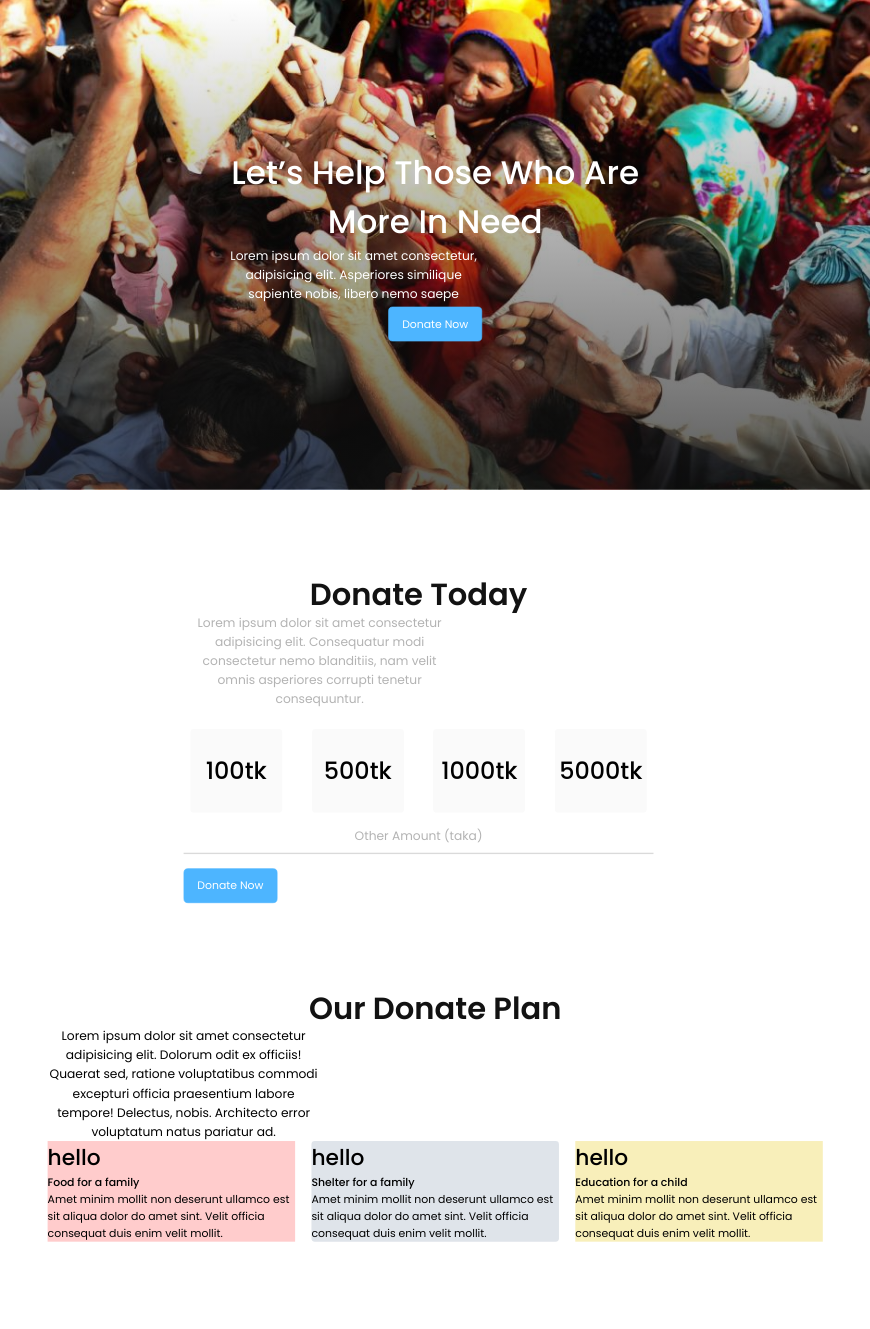
Repository: mdrubel02/donate-website
Page: index.html
The author's editor kept a copy of each file at every save. The page is drawn from the files as they stood at one save, then again after the next save.
The browser window is 1280 px wide. The pictures show the whole page, at 68% of full size.

Above is the page before, as saved 2022-07-06 14:49:16.

### index.html
<!DOCTYPE html>
<html lang="en">

<head>
    <meta charset="UTF-8">
    <meta http-equiv="X-UA-Compatible" content="IE=edge">
    <meta name="viewport" content="width=device-width, initial-scale=1.0">
    <title>Our Donate Website</title>
    <link rel="stylesheet" href="./index.css">
</head>

<body>
    <!-- banner section -->
    <section class="banner-section">
        <div class="banner-content">
            <h1>Let’s Help Those Who Are More In Need</h1>
            <p class="small-title">Lorem ipsum dolor sit amet consectetur, adipisicing elit. Asperiores similique
                sapiente nobis, libero nemo saepe</p>
            <a href="" class="btn btn-primary">Donate Now</a>
        </div>
    </section>

    <!-------- Donate Today------->
    <section class="container">
        <div class="donate-section">
            <h2 class="section-title">Donate Today</h2>

                <p class="small-title">Lorem ipsum dolor sit amet consectetur adipisicing elit. Consequatur modi
                    consectetur nemo blanditiis, nam velit omnis asperiores corrupti tenetur consequuntur.</p>

            <div class="donate-today">
                <div class="donate-content">
                    <h3>100<span>tk</span> </h3>
                </div>
                <div class="donate-content">
                    <h3>500<span>tk</span> </h3>
                </div>
                <div class="donate-content">
                    <h3>1000<span>tk</span> </h3>
                </div>
                <div class="donate-content">
                    <h3>5000<span>tk</span> </h3>
                </div>
            </div>
            <p>Other Amount <span>(taka)</span></p>
            <hr>
            <a href="" class="btn btn-primary">Donate Now</a>
        </div>
    </section>

    <!---------- donate plan section-------- -->
    <div class="container">
        <h3 class="section-title">Our Donate Plan</h3>
        <p class="small-title">Lorem ipsum dolor sit amet consectetur adipisicing elit. Dolorum odit ex officiis! Quaerat sed, ratione voluptatibus commodi excepturi officia praesentium labore tempore! Delectus, nobis. Architecto error voluptatum natus pariatur ad.</p>
        <div class="donate-plan-section">
            <div id="food" class="donate-plan-content">
                <h1>hello</h1>
                <h4>Food for a family</h4>
                <p>Amet minim mollit non deserunt ullamco est sit aliqua dolor do amet sint. Velit officia consequat duis enim velit mollit.</p>
            </div>
            <div id="Shelter" class="donate-plan-content">
                <h1>hello</h1>
                <h4>Shelter for a family</h4>
                <p>Amet minim mollit non deserunt ullamco est sit aliqua dolor do amet sint. Velit officia consequat duis enim velit mollit.</p>
            </div>
            <div id="education" class="donate-plan-content">
                <h1>hello</h1>
                <h4>Education for a child</h4>
                <p>Amet minim mollit non deserunt ullamco est sit aliqua dolor do amet sint. Velit officia consequat duis enim velit mollit.</p>
            </div>
        </div>
    </div>
</body>

</html>

### index.css
/* =====GOOGLE FONTS====== */
@import url('https://fonts.googleapis.com/css2?family=Poppins:wght@300;400;500;600&display=swap');

/* =====COMMON STYLES====== */
* {
    margin: 0;
    padding: 0;
    border: 0;
    outline: 0;
    list-style: none;
    text-decoration: none;
}

body {
    font-family: 'Poppins', sans-serif;
}

h1,
h2,
h3,
h4,
h5,
h6 {
    font-weight: 500;
}

img {
    display: block;
    width: 100%;
    object-fit: cover;
}

.container {
    max-width: 1200px;
    margin: 0 auto;
    padding: 0 30px;
    margin-top: 10%;
    margin-bottom: 10%;
    box-sizing: border-box;
}

a {
    color: #fff;
    transition: all 400ms ease;
}

a:hover {
    color: #fff;
}

.btn {
    text-align: center;
    width: max-content;
    display: inline-block;
    color: #fff;
    padding: 0.75rem 1.2rem;
    border-radius: 0.4rem;
    border: 1px solid #4db5ff;
    cursor: pointer;
    transition: all 400ms ease;
}

.btn:hover {
    background: #fff;
    color: #4db5ff;
    border: 1px solid #4db5ff;
}

.btn-primary {
    background: #4db5ff;
    color: #fff;
}

.section-title {
    color: #121212;
    font-weight: 700;
    font-size: 45px;
    line-height: 54px;
    text-align: center;
}

.small-title {
    font-family: 'Poppins';
    font-style: normal;
    font-weight: 400;
    width: 400px;
    font-size: 18px;
    line-height: 28px;
    text-align: center;
    display: block;
}

hr {
    border: 1px solid #DADADA;
    margin-bottom: 1.3rem;
}


/* ========BANNER SECTION STYLE======== */

.banner-section {
    background-image: url(./images/donation0.jpg);
    background-repeat: no-repeat;
    background-size: cover;
    background-position: center center;
    height: 100vh;
    width: 100%;
    position: relative;
    z-index: 1;
    display: flex;
    flex-direction: column;
    justify-content: center;
    align-items: center;
    text-align: center;
}

.banner-section:after {
    content: "";
    position: absolute;
    top: 0;
    left: 0;
    width: 100%;
    height: 100%;
    background: linear-gradient(360deg, #121212 0%, rgba(18, 18, 18, 0) 100%);
    opacity: .7;
    z-index: -5;
}

.banner-content {
    width: 50%;
}

.banner-content h1 {
    font-size: 3rem;
    color: #fff;
}

.banner-content p {
    margin-bottom: 5px;
    color: #fff;
}

/*=========== Donate section style========= */
.donate-today {
    display: flex;
    gap: 1.5rem;
    justify-content: space-around;

}

.donate-content {
    width: 135px;
    height: 123px;
    background: #FAFAFA;
    border-radius: 5px;
    font-size: 30px;
    font-weight: 700;
    line-height: 36px;
    display: flex;
    justify-content: center;
    align-items: center;
    margin: 1.2rem 0;
    transition: all 400ms ease;
}

.donate-content:hover {
    border: 2px solid #FF5959;
    border-radius: 5px;
    color: #FF5959;
}

.donate-section {
    width: 691px;
    margin-left: 200px;
}

.donate-section a {
    text-align: center;
}

.donate-section p {
    font-weight: 400;
    font-size: 18px;
    line-height: 28px;
    color: #B3B3B3;
    text-align: center;
    margin-bottom: .7rem;
}

/*========donate plan section======= */
.donate-plan-section {
    display: flex;
    justify-content: space-between;
    gap: 1.5rem;
}

#Shelter {
    background:#dfe4ea;
    border-radius: 5px;
}
#food{
    background-color:#ffcccc;
}
#education{
    background-color: #F8EFBA;
}

After the next save:
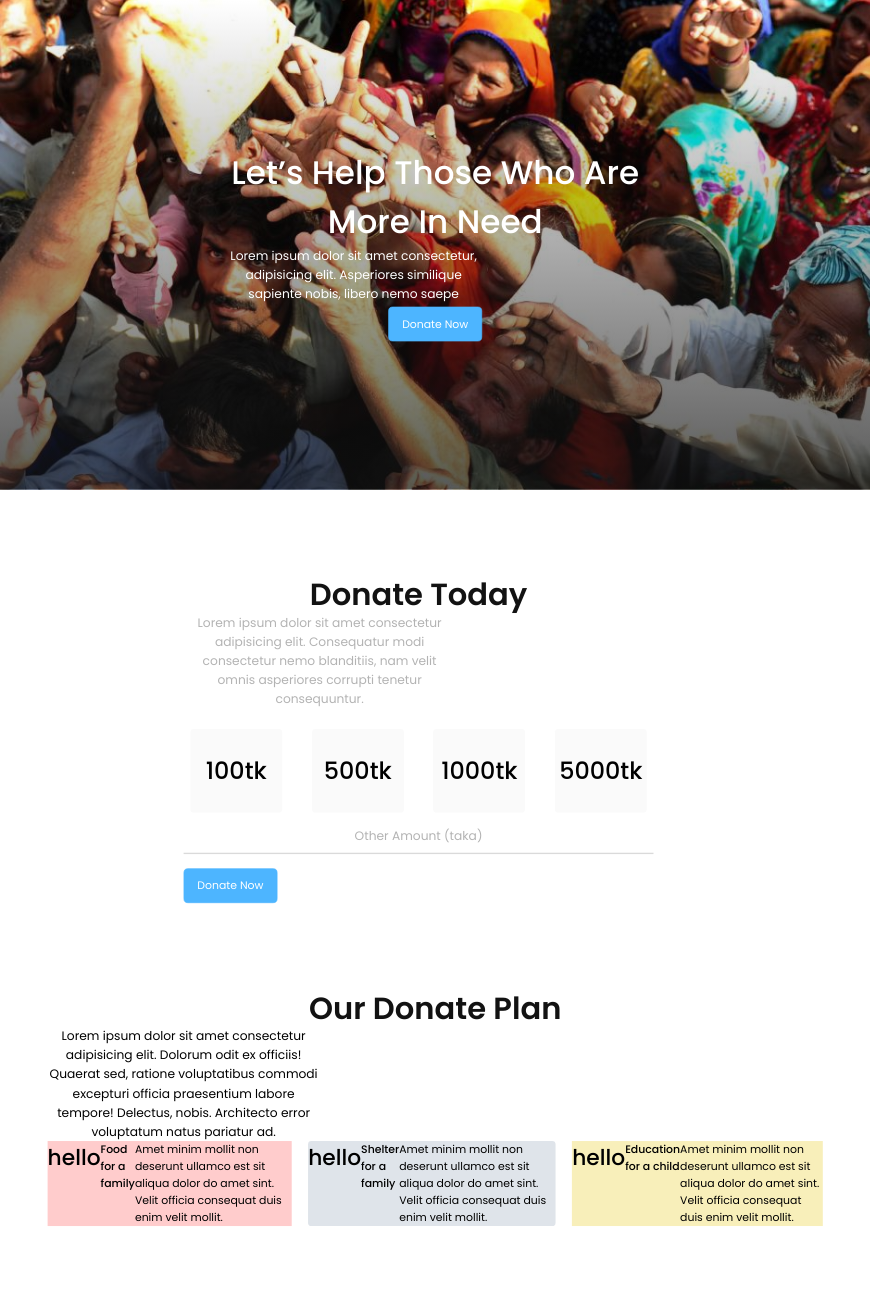
Saved 52 s later.
--- a/index.css
+++ b/index.css
@@ -204,3 +204,6 @@ hr {
 #education{
     background-color: #F8EFBA;
 }
+.donate-plan-content{
+    display: flex;
+}

After the save that followed:
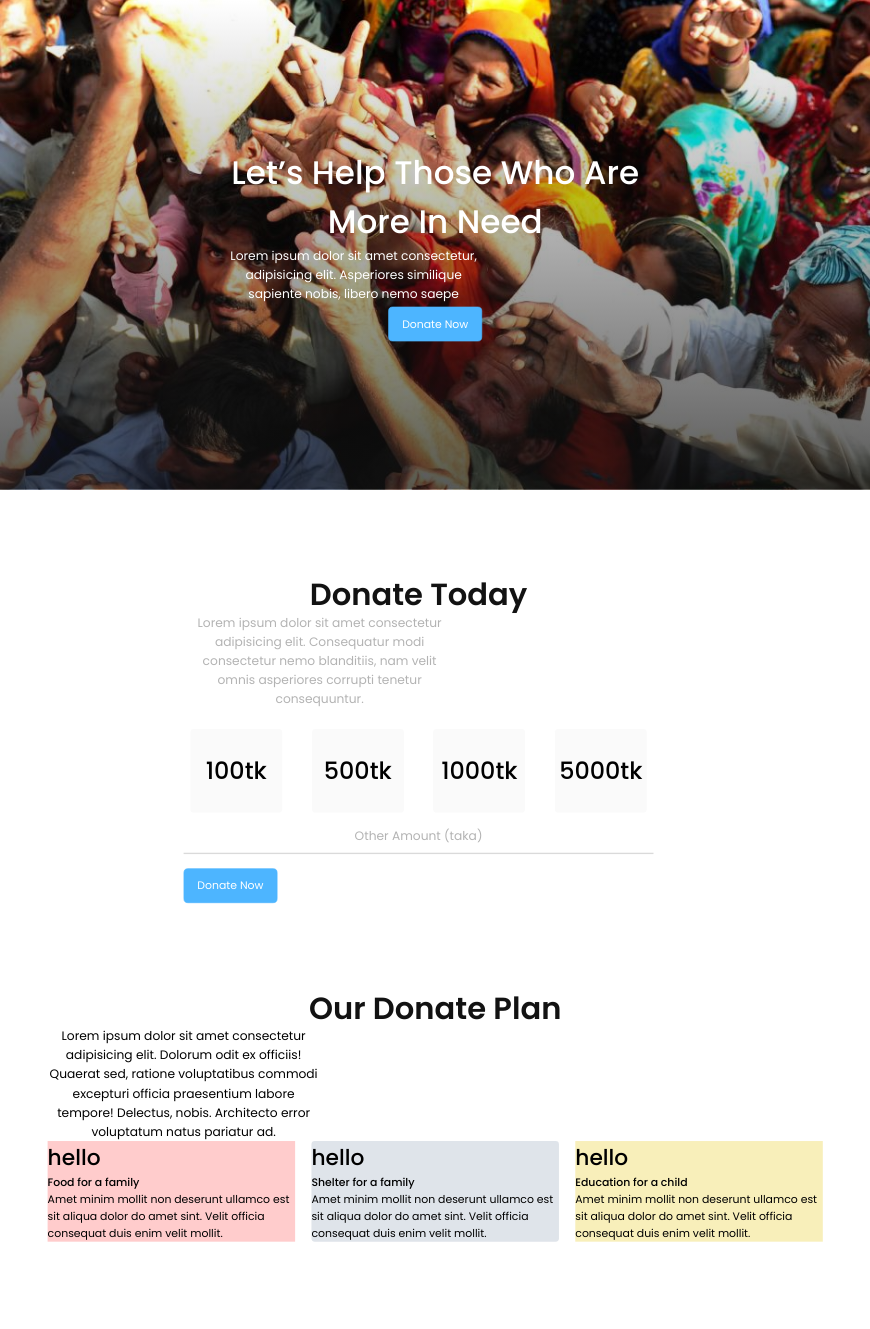
Saved 13 s later.
--- a/index.css
+++ b/index.css
@@ -206,4 +206,5 @@ hr {
 }
 .donate-plan-content{
     display: flex;
-}
+    flex-direction: column;
+}
